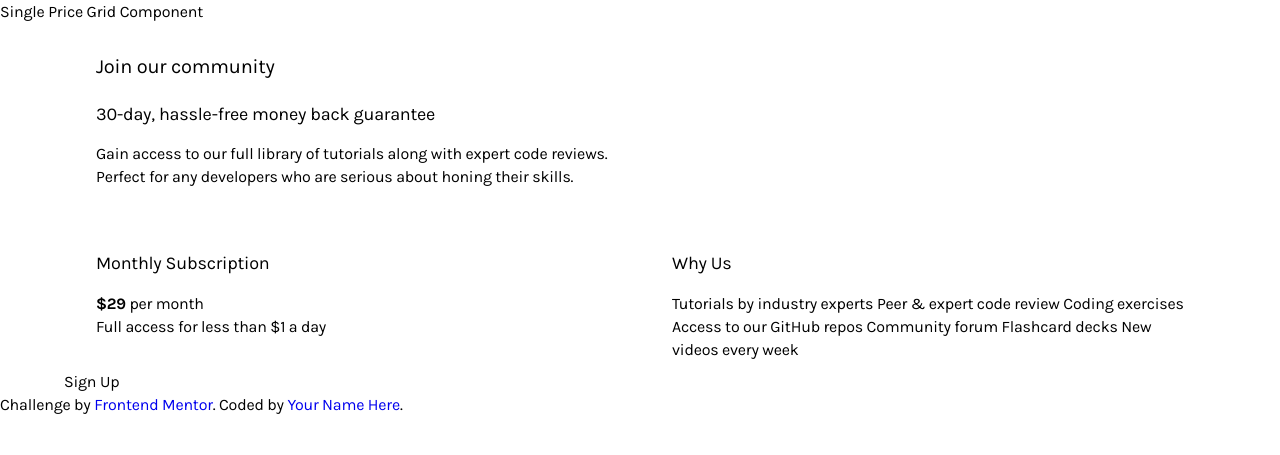
Repository: bangjuyoung/bangjuyoung
Page: practice/frontend-mentor/single-price-grid-component/index.html
An editor plug-in stored every save of this project. The page is shown before and after the next save, followed by the edit.
The browser window is 1280 px wide. The pictures show the whole page.

Above is the page before, as saved 2019-06-16 12:45:45.

After the next save:
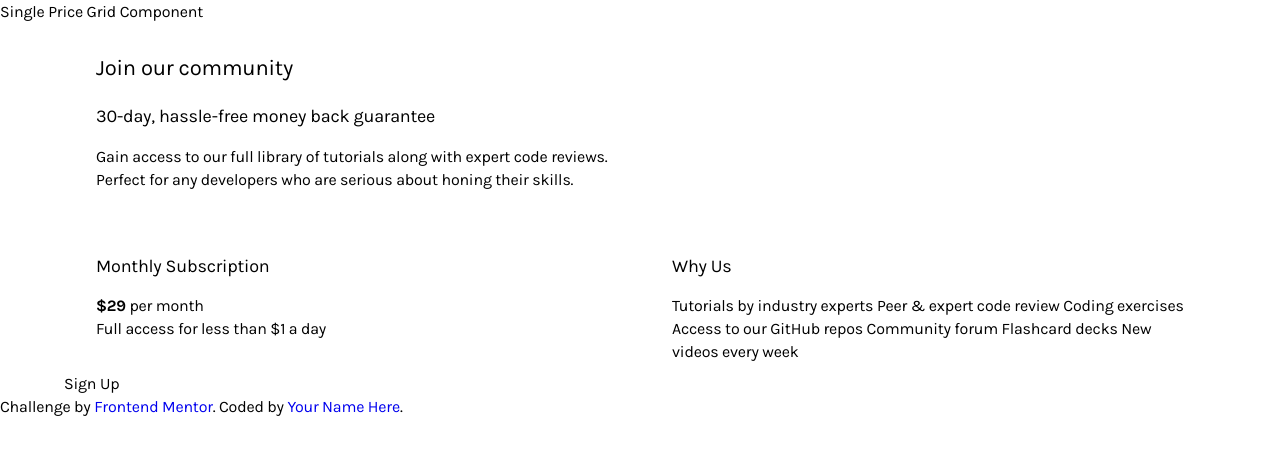
Saved 90 s later.
--- a/practice/frontend-mentor/single-price-grid-component/default.css
+++ b/practice/frontend-mentor/single-price-grid-component/default.css
@@ -32,7 +32,7 @@ body {
 
 .single-price__title {
     margin-bottom: 1.5rem;
-    font-size: 1.25rem;
+    font-size: 1.375rem;
     line-height: 1.2;
 }
 
